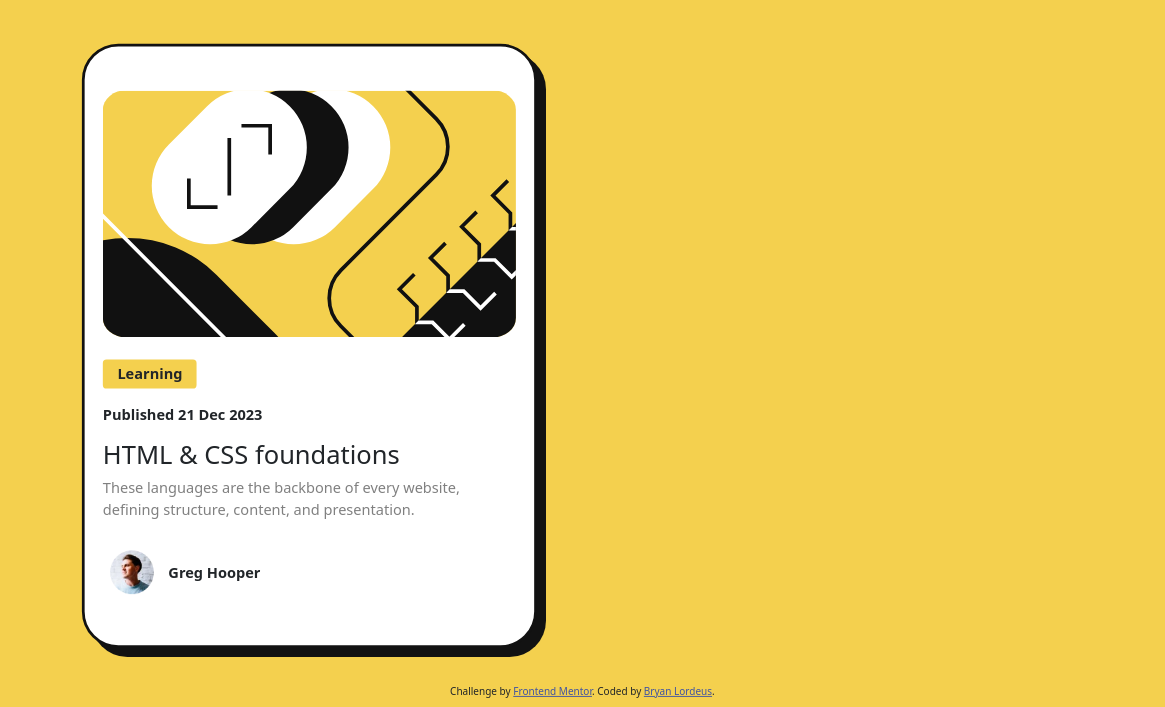
Repository: blordeus/blog-preview-card
Page: index.html
The author's editor kept a copy of each file at every save. The page is drawn from the files as they stood at one save, then again after the next save.
The browser window is 1280 px wide. The pictures show the whole page, at 91% of full size.
The style sheet was rebuilt from its Sass, Less or Tailwind sources for each picture, by a compiler version that may differ from the author's.

Above is the page before, as saved 2024-02-10 10:55:28.

After the next save:
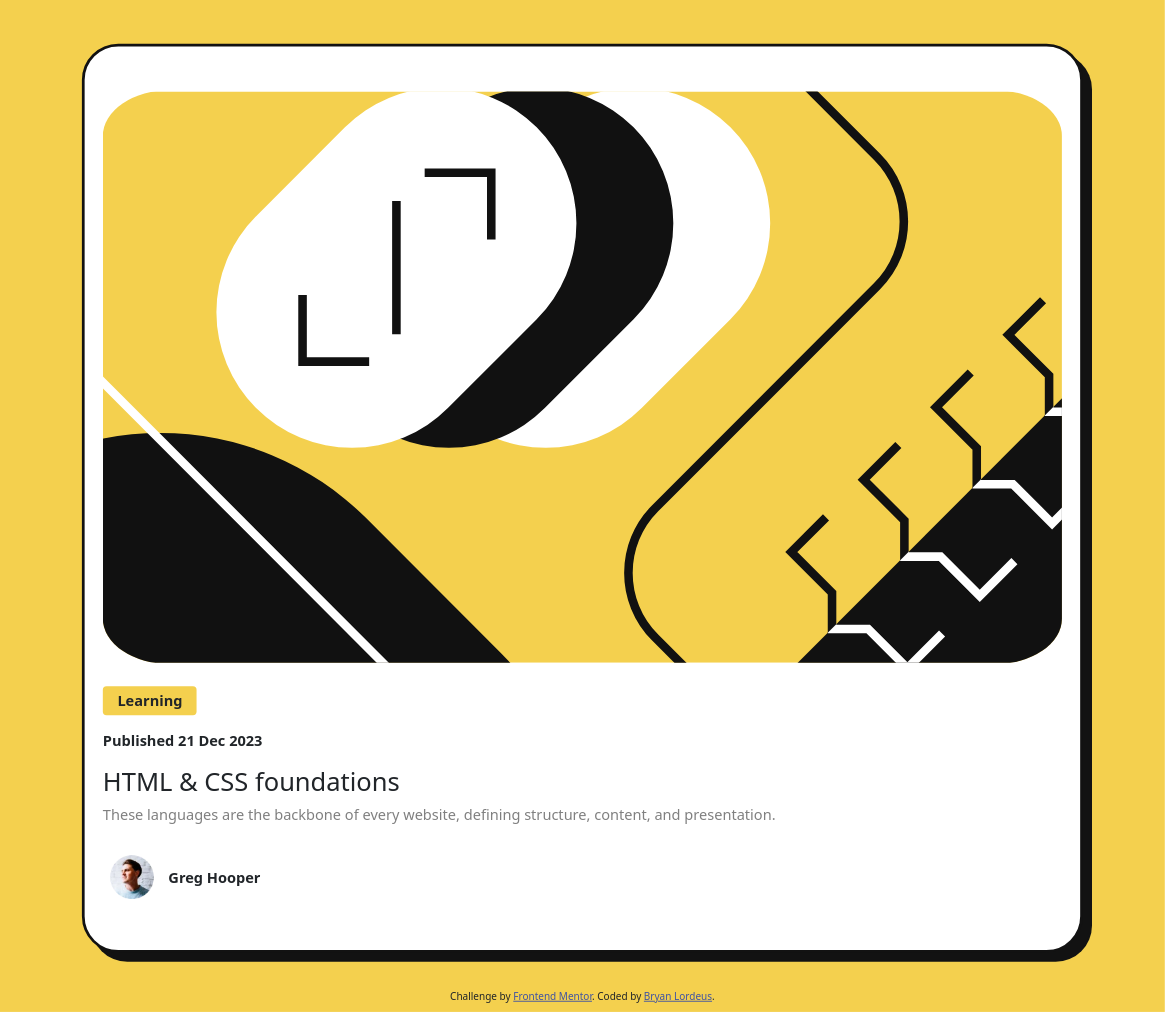
Saved 4 s later.
--- a/style.scss
+++ b/style.scss
@@ -86,7 +86,7 @@ p {
     //reduce main box size and center it to screen
 
     main {
-        max-width: 500px;
+        max-width: 500px 500px;
         border-radius: 40px;
     }
 
